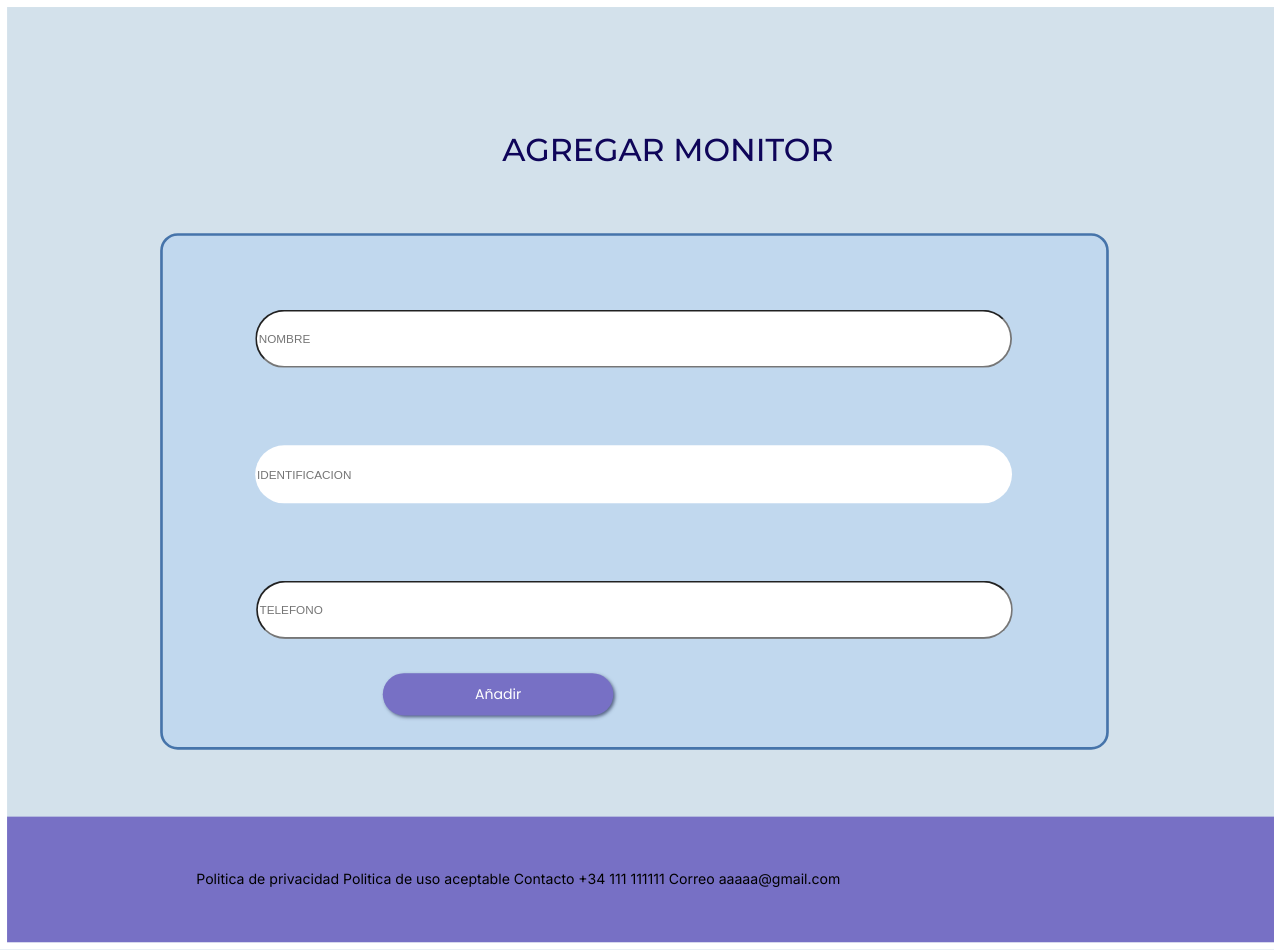
Repository: maariadomiingo/Proyecto-Integrador-Campamento
Page: html/agregarMonitor.html
These files come from the project's save history. The page is drawn as it stood at one moment and after the next save; the edit follows.
The browser window is 1280 px wide. The page is 1448 px wide, so the pictures cover 1448 px, including what lies to the right of the window. The pictures show the whole page, at 88% of full size.

Above is the page before, as saved 2025-02-13 10:40:31.

### html/agregarMonitor.html
<!DOCTYPE html>
<html lang="en">
  <head>
    <meta charset="UTF-8" />
    <meta name="viewport" content="width=device-width, initial-scale=1.0" />
    <title>Ahregar Monitor</title>
    <link rel="stylesheet" href="https://fonts.googleapis.com/css2?family=Montserrat:wght@500&display=swap" />
<link rel="stylesheet" href="https://fonts.googleapis.com/css2?family=Poppins:wght@400&display=swap" />
<link rel="stylesheet" href="https://fonts.googleapis.com/css2?family=Inter:wght@400&display=swap" />
    <link rel="stylesheet" href="../css/agregarMonitor.css" />
  </head>
  <body>
    <div class="main-container">
      <span class="span">AGREGAR MONITOR</span>
      <div class="fondo">
<!-- LOGO-->
<img src="../img/logo sin fondo.png" class="logo" />

<div class="caja-azul">

</div>

      </div>

<!--       cambiarnombre class: nombre, apellido,mail,telefono,identificacion en html y css
 -->      <input type="text" class="nombre" name="nombre" placeholder="NOMBRE">
      <input type="text" class="apellido" name="apellido" placeholder="APELLIDO">
      <input type="email" class="mail" name="mail" placeholder="MAIL">
      <input type="text" class="rectangle-9" name="telefono" placeholder="TELEFONO">
      <input type="text" class="rectangle-button" name="IDENTIFICACION" placeholder="IDENTIFICACION">

      <button class="primary-buttons">
        <span class="button">Añadir</span>
      </button>
      <div class="rectangle-a"></div>
      <span class="politica-de-privacidad">Politica de privacidad Politica de uso aceptable Contacto +34 111 111111 Correo aaaaa@gmail.com</span>
    </div>
  </body>
</html>

### css/agregarMonitor.css
:root {
  --default-font-family: -apple-system, BlinkMacSystemFont, "Segoe UI", Roboto,
    Ubuntu, "Helvetica Neue", Helvetica, Arial, "PingFang SC",
    "Hiragino Sans GB", "Microsoft Yahei UI", "Microsoft Yahei",
    "Source Han Sans CN", sans-serif;
}

.main-container {
  overflow: hidden;
}

.main-container,
.main-container * {
  box-sizing: border-box;
}

input,
select,
textarea,
button {
  outline: 0;
}

.main-container {
  position: relative;
  width: 1440px;
  height: 1063px;
  margin: 0 auto;
}
.fondo {
  position: relative;
  width: 100%;
  height: 100%;
  top: 0;
  left: 0;
  background: #d3e1eb;
}
.logo {
  position: relative;
  width: 5px;
  height: 5px;
  top: -5%;
  left: 30%;
  z-index: 19;
}

.div {
  position: absolute;
  width: 19px;
  height: 21px;
  top: 56px;
  left: 84px;
  background: url(./assets/images/1e01157a333e1bec54a9393a8e8dd6b13038c27c.png)
    no-repeat center;
  background-size: cover;
  z-index: 20;
}
.div-2 {
  position: absolute;
  width: 24px;
  height: 29px;
  top: 63px;
  left: 1321px;
  background: url(./assets/images/d1984de478cfebaa95ada4a339a47bb648a589b3.png)
    no-repeat center;
  background-size: cover;
  z-index: 22;
}
.div-3 {
  position: absolute;
  width: 114px;
  height: 82px;
  top: 119px;
  left: 451px;
  background: url(./assets/images/a8f32849-de26-4fc5-b416-357a4538ae3c.png)
    no-repeat center;
  background-size: cover;
  z-index: 1;
}
.span {
  display: flex;
  align-items: flex-start;
  justify-content: center;
  position: absolute;
  width: 636px;
  height: 116px;
  top: 141px;
  left: 433px;
  color: #0f0559;
  font-family: Montserrat, var(--default-font-family);
  font-size: 36px;
  font-weight: 500;
  line-height: 43.884px;
  text-align: center;
  z-index: 3;
}
.div-4 {
  position: absolute;
  width: 27px;
  height: 23px;
  top: 157px;
  left: 508px;
  background: url(./assets/images/5f671df9ca895acd896dd721997735885d389190.png)
    no-repeat center;
  background-size: cover;
  z-index: 2;
}
.caja-azul {
  position: absolute;
  width: 1078px;
  height: 587px;
  top: 257px;
  left: 174px;
  background: rgba(176, 207, 241, 0.5);
  border: 3px solid #4674aa;
  z-index: 4;
  border-radius: 20px;
}
.nombre{
  position: absolute;
  width: 860px;
  height: 66px;
  top: 344px;
  left: 282px;
  background: #ffffff;
  z-index: 11;
  overflow: hidden;
  border-radius: 50px;
}

.rectangle-7 {
  position: absolute;
  width: 860px;
  height: 67px;
  top: 421px;
  left: 283px;
  cursor: pointer;
  background: #ffffff;
  border: none;
  z-index: 7;
  border-radius: 50px;
}


.rectangle-button {
  position: absolute;
  width: 860px;
  height: 66px;
  top: 498px;
  left: 282px;
  cursor: pointer;
  background: #ffffff;
  border: none;
  z-index: 10;
  border-radius: 50px;
}
.rectangle-button-8 {
  position: absolute;
  width: 860px;
  height: 66px;
  top: 576px;
  left: 282px;
  cursor: pointer;
  background: #ffffff;
  border: none;
  z-index: 9;
  border-radius: 50px;
}


.rectangle-9 {
  position: absolute;
  width: 860px;
  height: 66px;
  top: 652px;
  left: 283px;
  background: #ffffff;
  z-index: 8;
  overflow: hidden;
  border-radius: 50px;
}
.primary-buttons {
  display: flex;
  align-items: center;
  justify-content: center;
  flex-wrap: nowrap;
  gap: 16px;
  position: absolute;
  width: 262px;
  height: 48px;
  top: 757px;
  left: 427px;
  padding: 16px 16px 16px 16px;
  cursor: pointer;
  background: #7770c5;
  border: none;
  z-index: 5;
  border-radius: 32px;
  box-shadow: 2px 2px 4px 0 rgba(51, 62, 99, 0.75);
}
.button {
  flex-shrink: 0;
  flex-basis: auto;
  position: relative;
  height: 22px;
  color: #ffffff;
  font-family: Poppins, var(--default-font-family);
  font-size: 16px;
  font-weight: 400;
  line-height: 22px;
  text-align: left;
  white-space: nowrap;
  z-index: 6;
}
.rectangle-a {
  position: absolute;
  width: 1440px;
  height: 143px;
  top: 920px;
  left: 0;
  background: #7770c5;
  z-index: 17;
}
.politica-de-privacidad {
  display: flex;
  align-items: flex-start;
  justify-content: flex-start;
  position: absolute;
  height: 19px;
  top: 982px;
  left: 215px;
  color: #000000;
  font-family: Inter, var(--default-font-family);
  font-size: 16px;
  font-weight: 400;
  line-height: 19px;
  text-align: left;
  white-space: nowrap;
  z-index: 18;
}

After the next save:
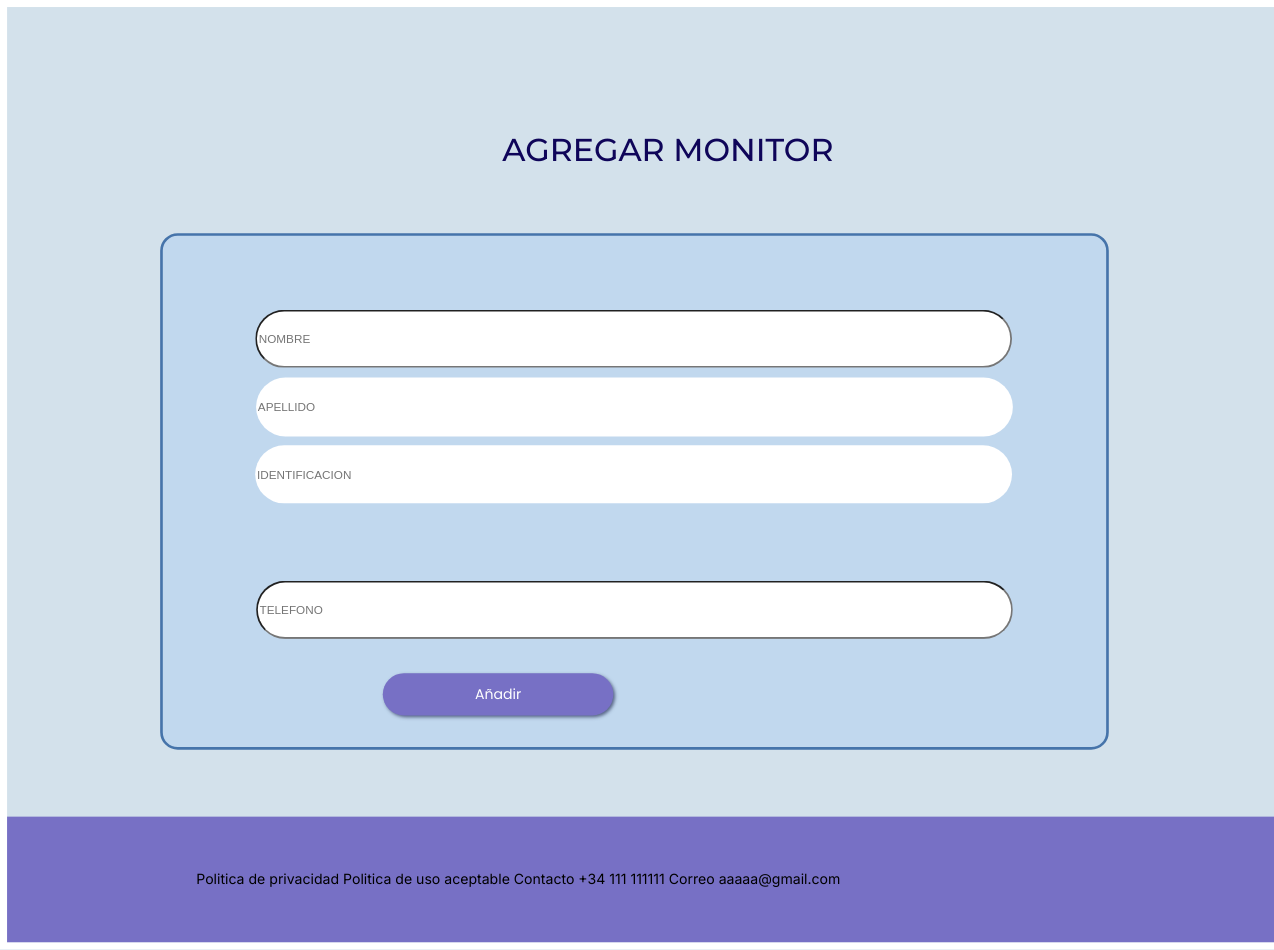
Saved 8 s later.
--- a/css/agregarMonitor.css
+++ b/css/agregarMonitor.css
@@ -128,7 +128,7 @@ button {
   border-radius: 50px;
 }
 
-.rectangle-7 {
+.apellido {
   position: absolute;
   width: 860px;
   height: 67px;
